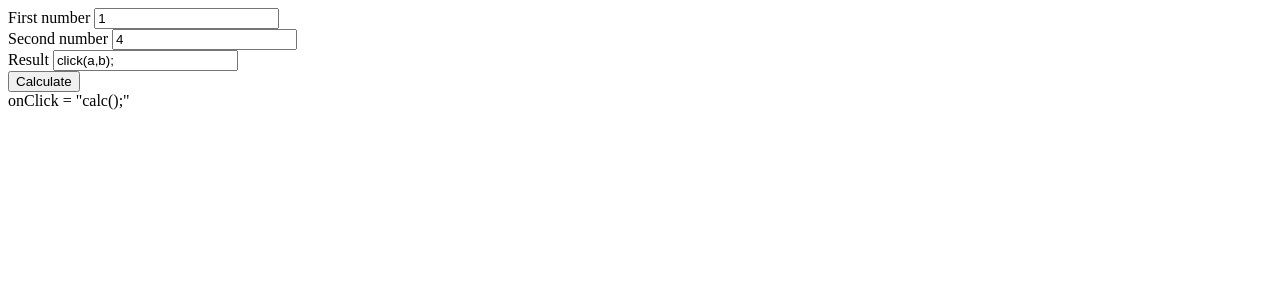
Repository: KhudanJeugene/StudyingInHillel
Page: Calculator/WebContent/Calc1.html
The author's editor kept a copy of each file at every save. The page is drawn from the files as they stood at one save, then again after the next save.
The browser window is 1280 px wide. The pictures show the whole page.

Above is the page before, as saved 2016-02-07 17:43:02.
Console error: SyntaxError: Unexpected token ';'

After the next save:
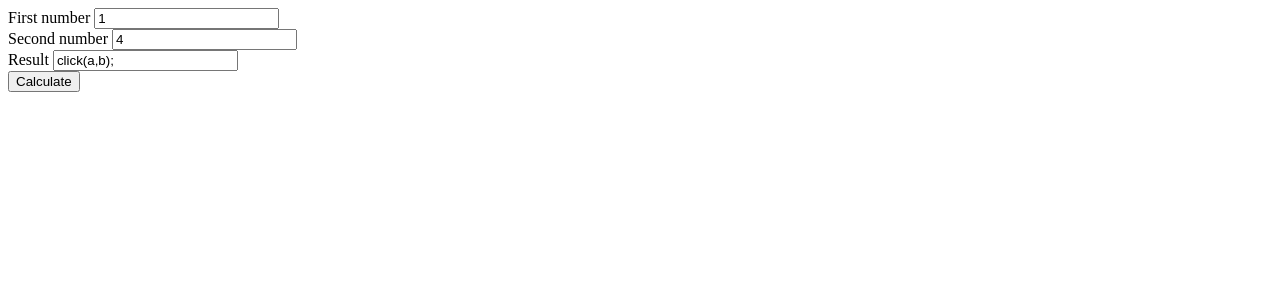
Saved 35 s later.
--- a/Calculator/WebContent/Calc1.html
+++ b/Calculator/WebContent/Calc1.html
@@ -6,11 +6,11 @@
 </head>
 <body>
 	<form name="form1">
-		First number <input type="text" name="txt1" value="1"> <br>
+		First number  <input type="text" name="txt1" value="1"> <br>
 		Second number <input type="text" name="txt2" value="4"> <br>
-		Result <input type="text" name="res" value=click(a,b);><br>
-		<input type="button" value="Calculate" onclick="calc(a,b,res);">
-		<div>onClick = "calc();"</div>
+		Result        <input type="text" name="res" value=click(a,b);><br>
+		              <input type="button" value="Calculate" onclick="calc(a,b,res);">
+
 	</form>
 	<script type="text/javascript">
 	function calc()
